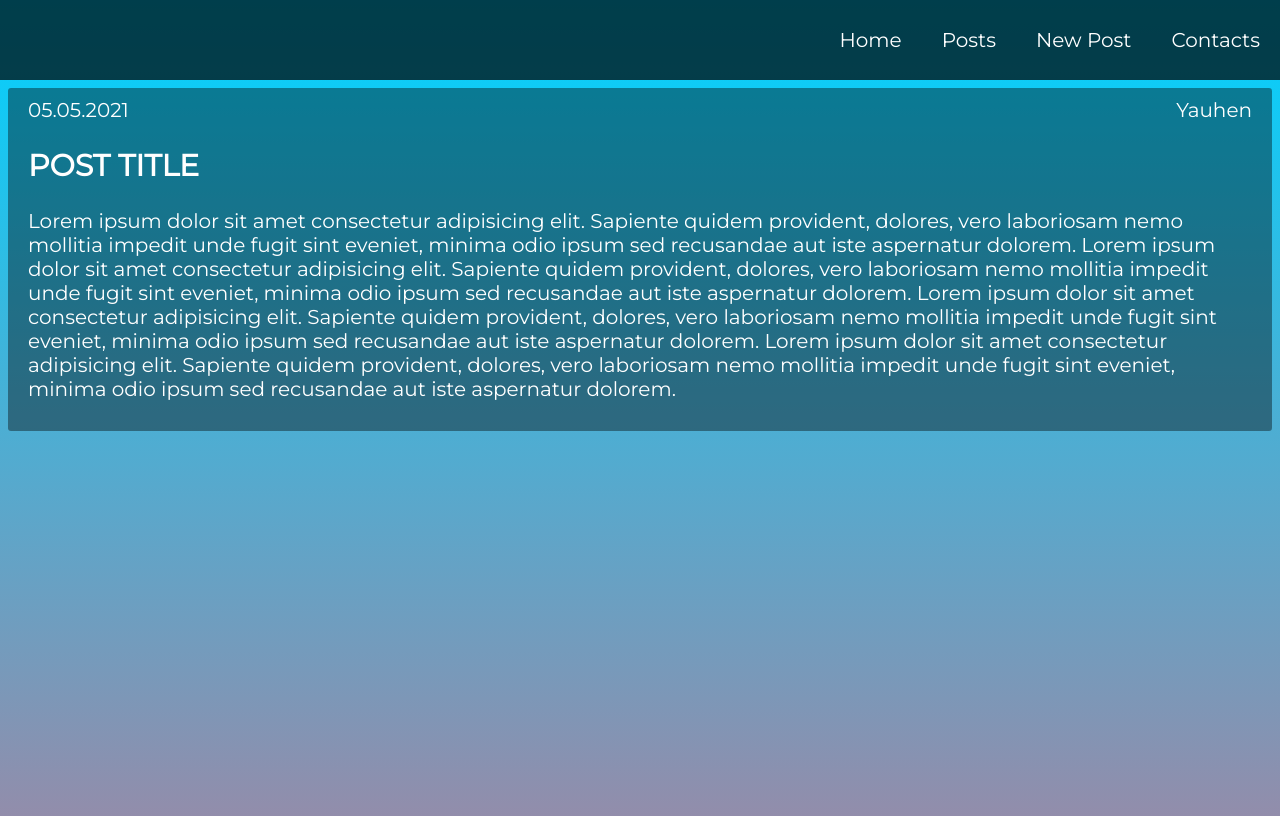
Repository: EgorSherstnev/https---github.com-EgorSherstnev-Node_FirstProject
Page: http://localhost/posts/1
These files come from the project's save history. The page is drawn as it stood at one moment and after the next save; the edit follows.
The browser window is 1280 px wide. The pictures show the whole page.
The page is served by the project's Node server (server.js).

Above is the page before, as saved 2023-03-08 22:33:05.

After the next save:
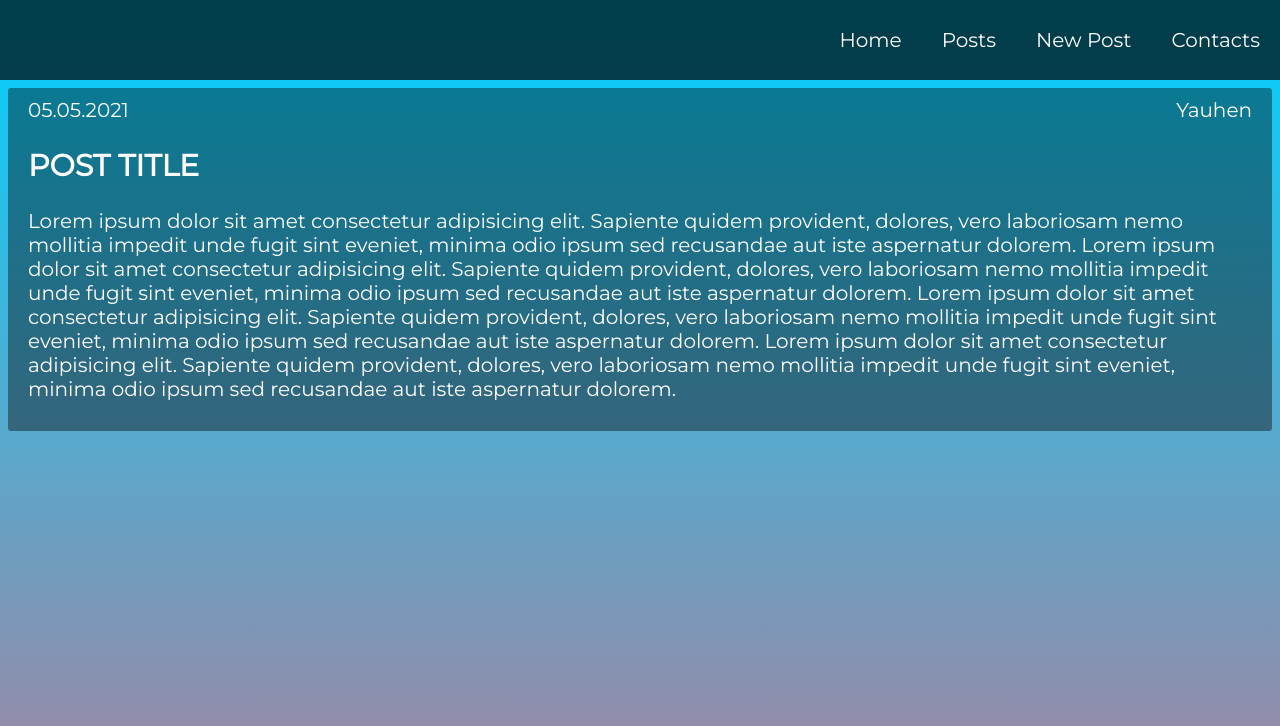
Saved 10 s later.
--- a/ejs-views/post.ejs
+++ b/ejs-views/post.ejs
@@ -5,72 +5,7 @@
   <title>Node.js Course | <%= title %></title>
   <link rel="preconnect" href="https://fonts.gstatic.com">
   <link href="https://fonts.googleapis.com/css2?family=Montserrat&display=swap" rel="stylesheet">
-  <style>
-    body {
-      padding-top: 80px;
-      min-height: 100vh;
-      font-family: 'Montserrat', sans-serif;
-      font-size: 20px;
-      background: linear-gradient(to bottom, #00d2ff, #928dab);
-      color: #fff;
-    }
-
-    h1 {
-      text-transform: uppercase;
-    }
-
-    nav {
-      position: absolute;
-      top: 0;
-      left: 0;
-      right: 0;
-      min-height: 60px;
-      display: flex;
-      justify-content: flex-end;
-      background-color: rgba(0,0,0,0.7);
-    }
-
-    nav ul {
-      margin: 0;
-      display: flex;
-    }
-
-    nav a {
-      min-height: 60px;
-      display: block;
-      padding: 10px 20px;
-      line-height: 60px;
-    }
-
-    li {
-      list-style: none;
-    }
-
-    ul {
-      padding: 0;
-    }
-
-    a {
-      text-decoration: none;
-      color: #fff;
-    }
-
-    article {
-      background-color: rgba(0,0,0,0.4);
-      padding: 10px 20px;
-      border-radius: 3px;
-      margin-bottom: 10px;;
-    }
-
-    .info {
-      display: flex;
-      justify-content: space-between;
-    }
-
-    h2 a {
-      color: aqua;
-    }
-  </style>
+  <link rel="stylesheet" href="/main.css">
 </head>
 <body>
   <%- include('./partials/nav.ejs') %>
